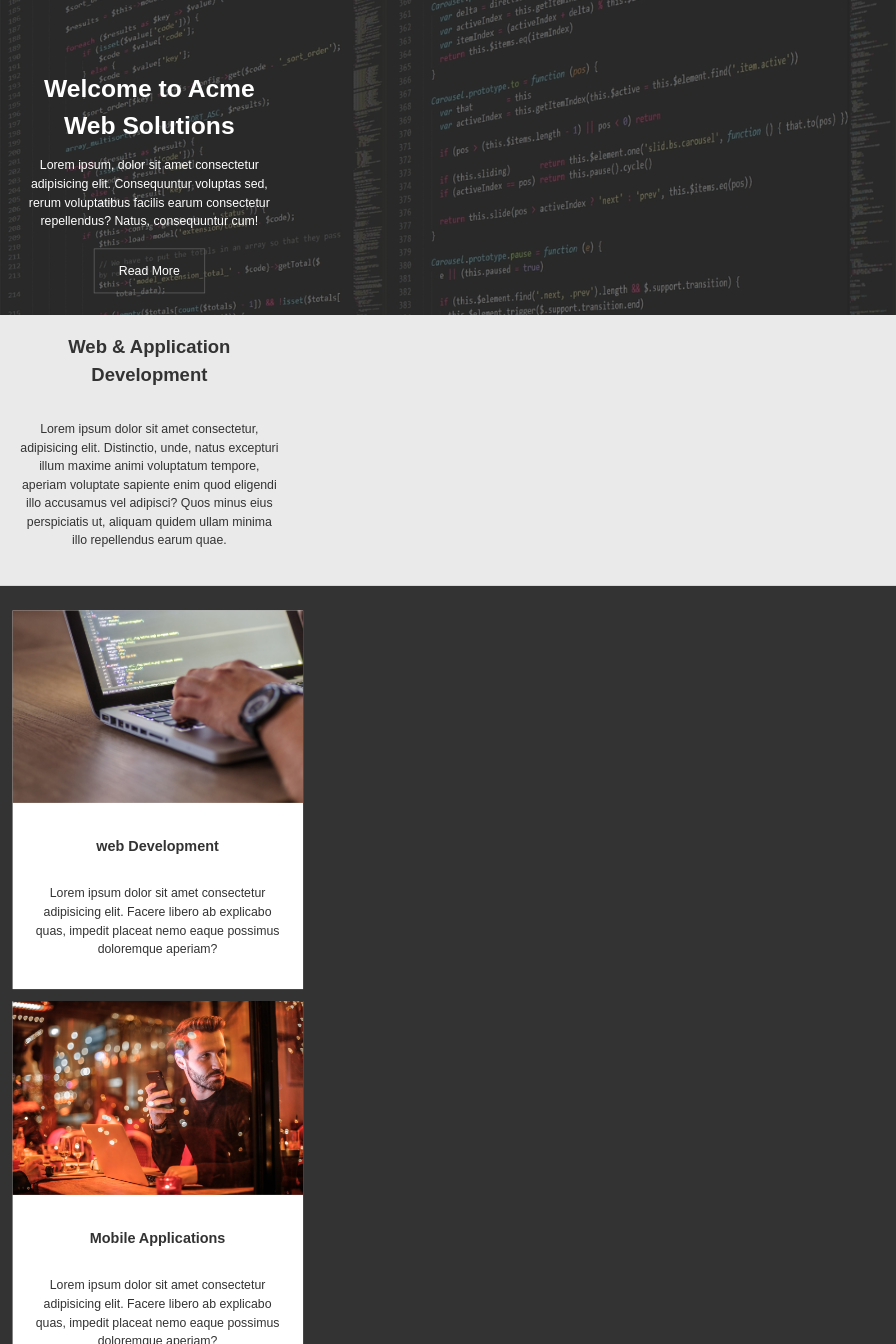
Repository: ErikBaer/MobileFirst
Page: index.html
An editor plug-in stored every save of this project. The page is shown before and after the next save, followed by the edit.
The browser window is 1280 px wide. The pictures show the part of the page from y = 0 to 1920 px (the page is 3408 px tall before and 3552 px after), at 70% of full size.

Above is the page before, as saved 2020-02-15 03:30:33.

After the next save:
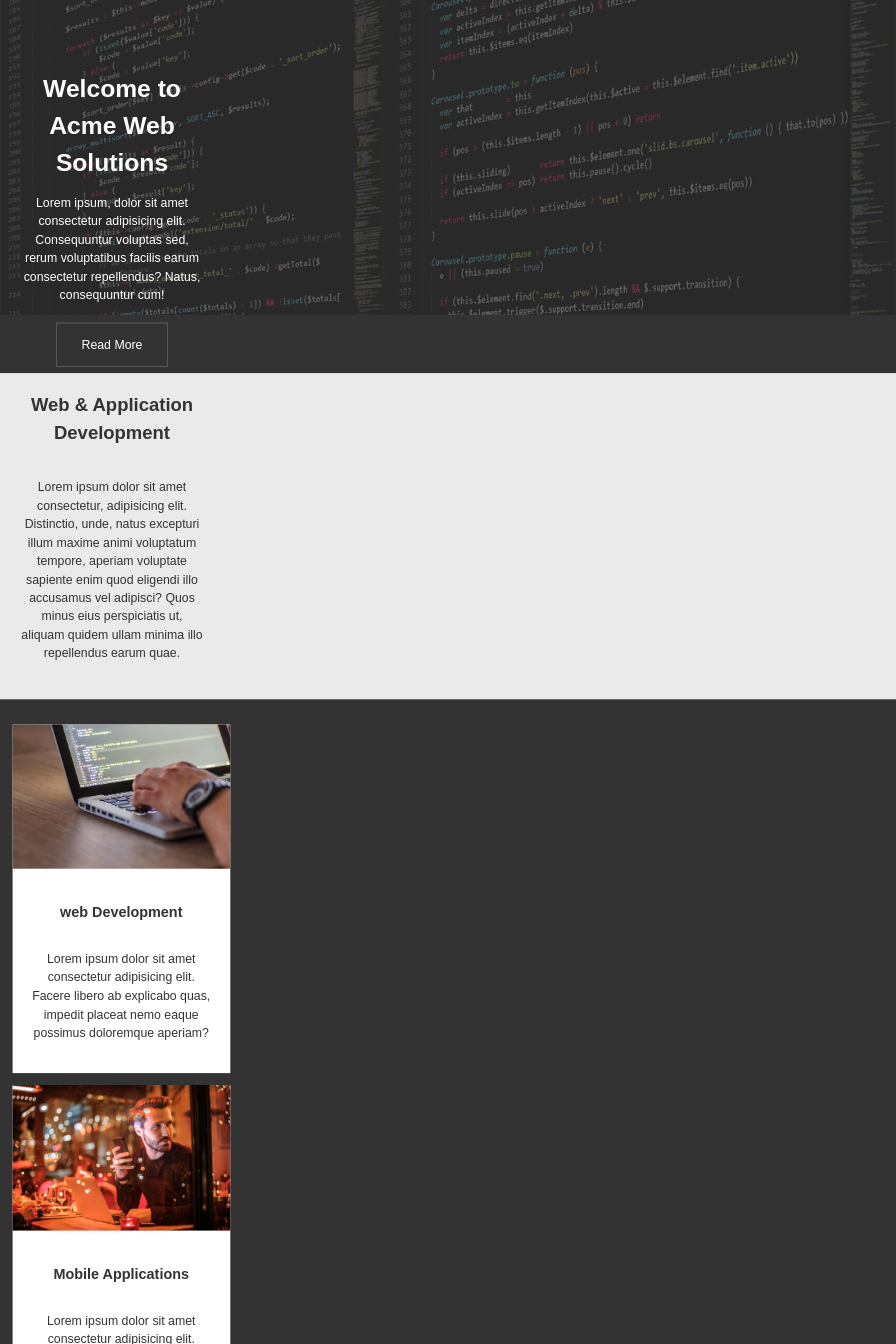
Saved 10 s later.
--- a/style.css
+++ b/style.css
@@ -140,6 +140,6 @@ p {
 @media(min-width: 700px) {
     .grid {
         display: grid;
-        grid-template-columns: 1fr 1fr 1fr;
+        grid-template-columns: 1fr 1fr 1fr 1fr;
     }
 }
